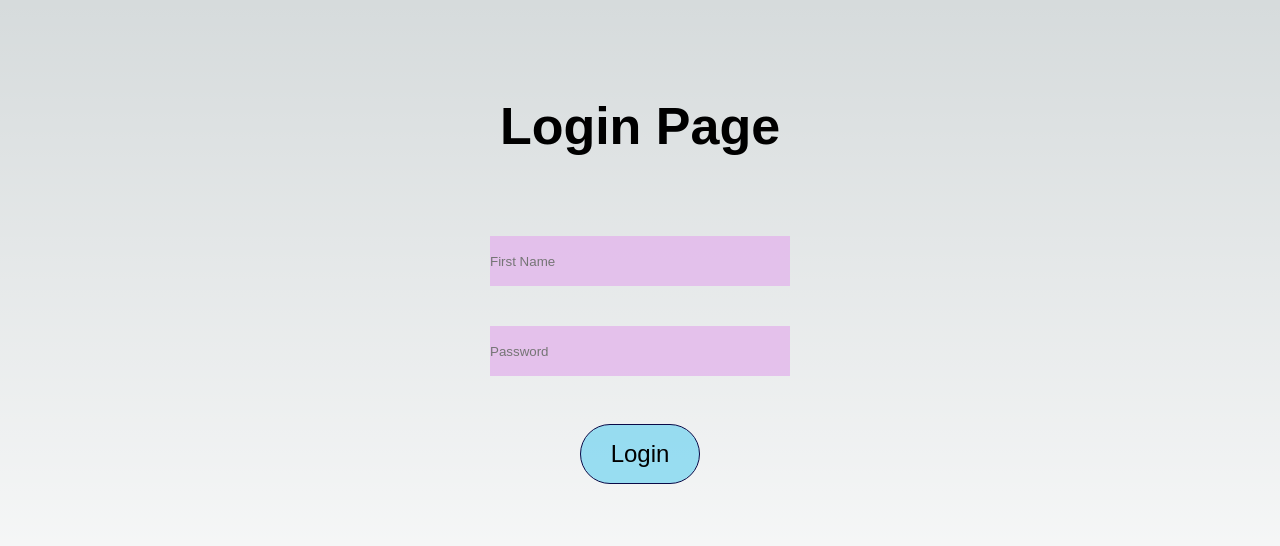
Repository: SaraShio/counter
Page: /
The author's editor kept a copy of each file at every save. The page is drawn from the files as they stood at one save, then again after the next save.
The browser window is 1280 px wide. The pictures show the whole page.
The project was rebuilt for these pictures with package versions that can differ from the ones it lists, and the page was loaded fresh each time. The framework's server and built-in components were replaced by stand-ins that run in the browser. Also part of the build but not shown: next.config.js.

Above is the page before, as saved 2023-01-15 23:01:18.

After the next save:
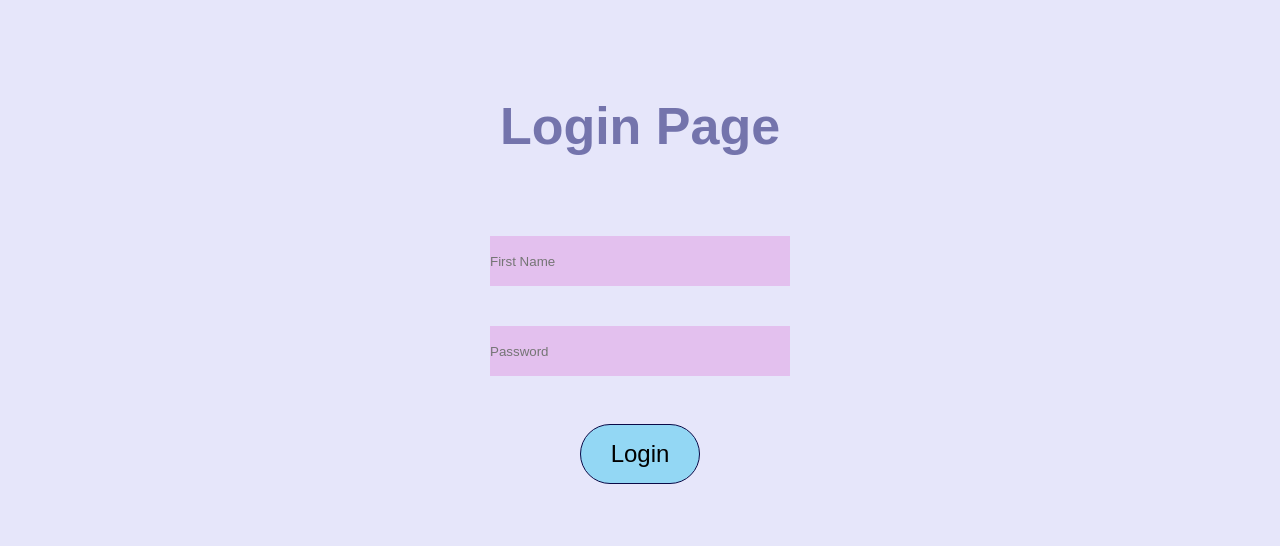
Saved 4 s later.
--- a/styles/globals.css
+++ b/styles/globals.css
@@ -10,7 +10,8 @@
   --background-end-rgb: 255, 255, 255;
   --light-purple: #e3b8eccf;
   --purple: #874e93;
-  --lavender: #e6e6fa --medium-purple: #6565a2e3;
+  --lavender: #e6e6fa;
+  --medium-purple: #6565a2e3;
   --dark-gray: #434346;
   --deep-blue: #0a0a47;
   --light-blue: #51ccf18c;
